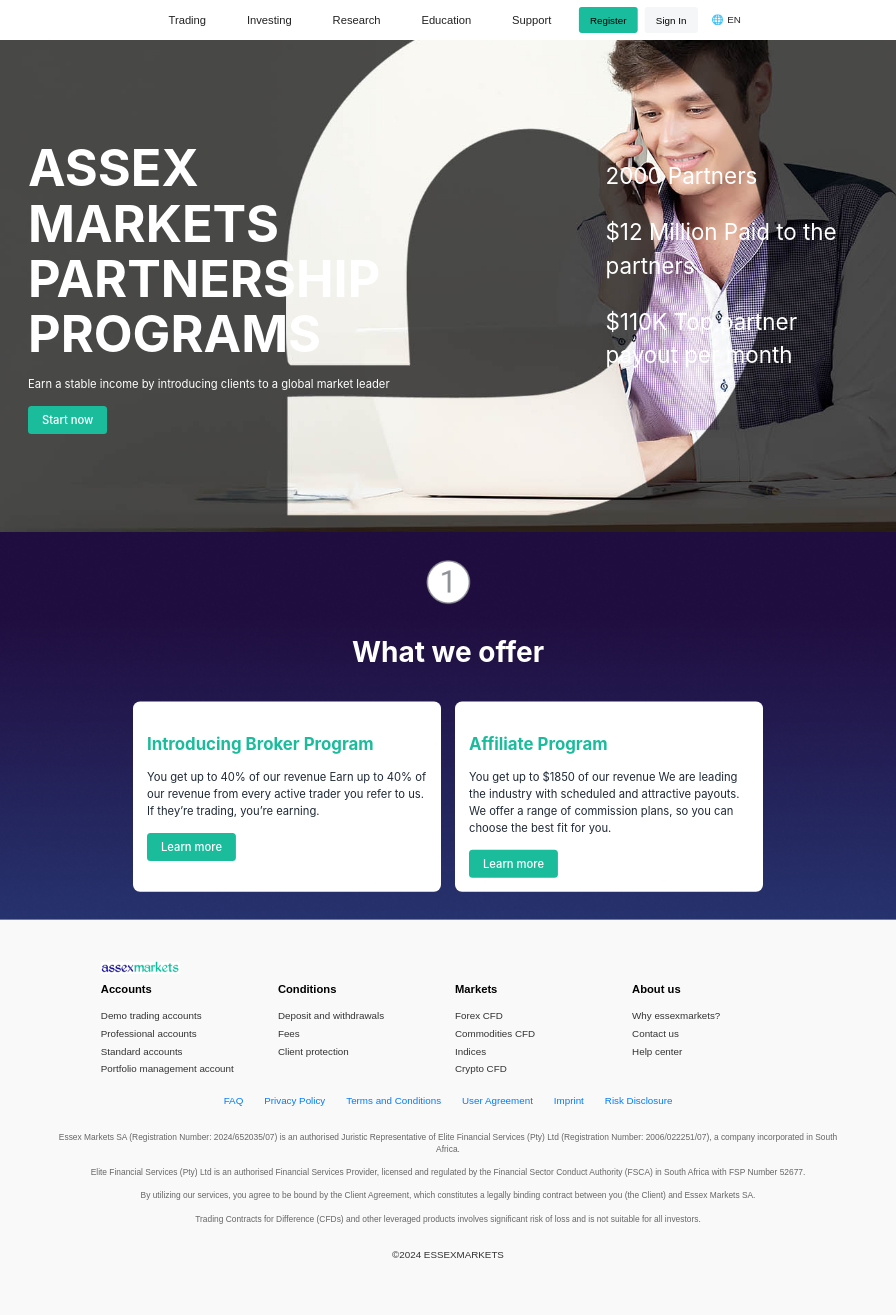
Repository: RevenewMarketing/Assex
Page: /partner
The author's editor kept a copy of each file at every save. The page is drawn from the files as they stood at one save, then again after the next save.
The browser window is 1280 px wide. The pictures show the whole page, at 70% of full size.
The project was rebuilt for these pictures with package versions that can differ from the ones it lists, and the page was loaded fresh each time. Also part of the build but not shown: vite.config.ts, src/pages/home/sections/HeroSection.module.css, src/pages/home/sections/HeroSection.tsx, src/pages/home/sections/Section2.tsx, src/pages/home/sections/Section3.tsx, src/pages/home/sections/Section4.tsx, src/pages/home/sections/Section5.tsx, src/pages/home/sections/Section6.tsx and 10 more.

Above is the page before, as saved 2024-11-28 00:45:08.

### index.html
<!doctype html>
<html lang="en">
  <head>
    <meta charset="UTF-8" />
    <link rel="icon" type="image/svg+xml" href="/vite.svg" />
    <meta name="viewport" content="width=device-width, initial-scale=1.0" />
    <title>Assex</title>
  </head>
  <body>
    <div id="root"></div>
    <script type="module" src="/src/main.tsx"></script>
  </body>
</html>

### src/index.css
:root {
  font-family: Inter, system-ui, Avenir, Helvetica, Arial, sans-serif;
  line-height: 1.5;
  font-weight: 400;
  color-scheme: light dark;
  color: rgba(255, 255, 255, 0.87);
  background-color: #ffffff;
  font-synthesis: none;
  max-width: 1920px;
  margin: auto;
  text-rendering: optimizeLegibility;
  -webkit-font-smoothing: antialiased;
  -moz-osx-font-smoothing: grayscale;
}

a {
  font-weight: 500;
  color: #646cff;
  text-decoration: inherit;
}

a:hover {
  color: #535bf2;
}

body {
  margin: 0;
  display: flex;
  place-items: center;
  min-width: 320px;
  min-height: 100vh;
  background-color: #FFF;
  /* align-content: center; */
  flex-direction: column;
  justify-content: flex-start;
}

h1 {
  font-size: 3.2em;
  line-height: 1.1;
}

button {
  border-radius: 8px;
  border: 1px solid transparent;
  padding: 0.6em 1.2em;
  font-size: 1em;
  font-weight: 500;
  font-family: inherit;
  background-color: #1a1a1a;
  cursor: pointer;
  transition: border-color 0.25s;
}

button:hover {
  border-color: #646cff;
}

button:focus,
button:focus-visible {
  outline: 4px auto -webkit-focus-ring-color;
}

@media (prefers-color-scheme: light) {
  :root {
    color: #213547;
    background-color: #ffffff;
  }

  a:hover {
    color: #747bff;
  }

  button {
    background-color: #f9f9f9;
  }
}

### src/App.tsx

import './App.css'
// import Navigation from './pages/home/Navigation'
import NavigationMenu from './components/navigation-menu/NavigationMenu'

import { BrowserRouter, Route, Routes } from 'react-router';
import Home from './pages/home/Home';
import Footer from './components/footer-section/Footer';
import About from './pages/about/About';
import Partner from './pages/partner/Partner';

function App() {

  return (
    <>
    <BrowserRouter>
    <NavigationMenu />
    <Routes>
      <Route path="/" element={<Home />} />
      <Route path="/about" element={<About />} />
      <Route path="/partner" element={<Partner />} />
      {/* Define other routes */}
    </Routes>
    <Footer />
  </BrowserRouter>


    </>
  )
}

export default App

### src/App.css
#root {
  max-width: 1920px;
  width: 100%;
  margin: 0 auto;
  padding: 0;
  text-align: center;
}

.logo {
  height: 6em;
  padding: 1.5em;
  will-change: filter;
  transition: filter 300ms;
}
.logo:hover {
  filter: drop-shadow(0 0 2em #646cffaa);
}
.logo.react:hover {
  filter: drop-shadow(0 0 2em #61dafbaa);
}

@keyframes logo-spin {
  from {
    transform: rotate(0deg);
  }
  to {
    transform: rotate(360deg);
  }
}

@media (prefers-reduced-motion: no-preference) {
  a:nth-of-type(2) .logo {
    animation: logo-spin infinite 20s linear;
  }
}

.card {
  padding: 2em;
}

.read-the-docs {
  color: #888;
}

/* Auth Buttons */
.authButtons {
  /* margin-left: auto; */
  display: flex;
  gap: 10px;
}

### src/components/footer-section/Footer.tsx

import styles from './FooterStyles.module.css';
import essexLogo from '../../assets/pages/Global/2-Footer/1AssexMarket-WordMark.png';
import { Link } from 'react-router';

const footerContent = {
  accounts: [
    'Demo trading accounts',
    'Professional accounts',
    'Standard accounts',
    'Portfolio management account',
  ],
  conditions: ['Deposit and withdrawals', 'Fees', 'Client protection'],
  markets: ['Forex CFD', 'Commodities CFD', 'Indices', 'Crypto CFD'],
  aboutUs: ['Why essexmarkets?', 'Contact us', 'Help center'],
  links: ['FAQ', 'Privacy Policy', 'Terms and Conditions', 'User Agreement', 'Imprint', 'Risk Disclosure'],
  details: [
    'Essex Markets SA (Registration Number: 2024/652035/07) is an authorised Juristic Representative of Elite Financial Services (Pty) Ltd (Registration Number: 2006/022251/07), a company incorporated in South Africa.',
    'Elite Financial Services (Pty) Ltd is an authorised Financial Services Provider, licensed and regulated by the Financial Sector Conduct Authority (FSCA) in South Africa with FSP Number 52677.',
    'By utilizing our services, you agree to be bound by the Client Agreement, which constitutes a legally binding contract between you (the Client) and Essex Markets SA.',
    'Trading Contracts for Difference (CFDs) and other leveraged products involves significant risk of loss and is not suitable for all investors.',
  ],
};

const Footer: React.FC = () => {
  return (
    <footer className={styles.footerContainer}>
      <div className={styles.logoContainer}>
        <img src={essexLogo} alt="Essex Markets Logo" />
      </div>
      <div className={styles.columnsContainer}>
        <div>
          <h4>Accounts</h4>
          <ul>
            {footerContent.accounts.map((account, index) => (
              <li key={index}>{account}</li>
            ))}
          </ul>
        </div>
        <div>
          <h4>Conditions</h4>
          <ul>
            {footerContent.conditions.map((condition, index) => (
              <li key={index}>{condition}</li>
            ))}
          </ul>
        </div>
        <div>
          <h4>Markets</h4>
          <ul>
            {footerContent.markets.map((market, index) => (
              <li key={index}>{market}</li>
            ))}
          </ul>
        </div>
        <div>
          <Link
            to="/about"

           ><h4>About us</h4></Link>
          <ul>
            {footerContent.aboutUs.map((about, index) => (
              <li key={index}>{about}</li>
            ))}
          </ul>
        </div>
      </div>
      <div className={styles.linksContainer}>
        {footerContent.links.map((link, index) => (
          <a href="#" key={index}>
            {link}
          </a>
        ))}
      </div>
      <div className={styles.details}>
        {footerContent.details.map((detail, index) => (
          <p key={index}>{detail}</p>
        ))}
      </div>
      <div className={styles.copyright}>
        <p>©2024 ESSEXMARKETS</p>
      </div>
    </footer>
  );
};

export default Footer;

### src/pages/partner/Partner.tsx
import Section1 from "./sections/Section1"
import Section2 from "./sections/Section2"


const Partner = () => {
  return (
    <div>
      <Section1 />
      <Section2 />
    </div>
  )
}

export default Partner

### src/components/navigation-menu/NavigationMenu.module.css
.navigationContainer {
  position: relative;
  font-family: Arial, sans-serif;
}

/* Navigation Bar */
.navigationBar {
  position: fixed;
  top: 0;
  left: 0;
  width: 100%;
  display: flex;
  background-color: #ffffff;
  padding: 10px 20px;
  box-sizing: border-box;
  z-index: 1001;
  justify-content: center;
}

/* Menu Item Container */
.menuItemContainer {
  margin-right: 20px;
}

/* Menu Items */
.menuItem {
  background: none;
  border: none;
  color: rgb(34, 34, 34);
  font-size: 16px;
  cursor: pointer;
  transition: opacity 0.3s;
}

.menuItem:hover {
  opacity: 0.7;
}

.active {
  opacity: 0.5;
}



.languageSelector {
  margin-left: 20px;
  display: flex;
  align-items: center;
  font-size: 14px;
  color: #000000d8;
  cursor: pointer;
}

.globeIcon {
  margin-right: 5px;

}

/* Submenu */
.submenu {
  position: fixed;
  top: 50px;
  left: 0;
  width: 100%;
  height: 300px;
  background-color: #ffffff;
  box-shadow: 0 4px 8px rgba(0, 0, 0, 0.2);
  padding: 20px;
  box-sizing: border-box;
  z-index: 1000;
  opacity: 0;
  transform: translateY(-100%);
}

.submenuContent {
  display: flex
  ;
      justify-content: flex-start;
      gap: 10dvw;
      padding: 0 5dvw;
}

.submenuSection h4 {
  color: #0000003d;
}

.submenuSection {
  text-align: left;
}

.submenuSection a {
  color: #000000;
  text-decoration: none;
  cursor: pointer;
  transition: color 0.3s;
}

.submenuSection a:hover {
  color: #00b074;
  transition: color 0.3s;
}

/* Fade In Animation */
.fadeIn {
  animation: slide-in-top 0.3s cubic-bezier(0.25, 0.46, 0.45, 0.94) forwards;
}

@keyframes slide-in-top {
  0% {
    transform: translateY(-100%);
    opacity: 0;
  }
  100% {
    transform: translateY(0);
    opacity: 1;
  }
}

/* Fade Out Animation */
.fadeOut {
  animation: slide-out-top 0.3s cubic-bezier(0.25, 0.46, 0.45, 0.94) forwards;
}

@keyframes slide-out-top {
  0% {
    transform: translateY(0);
    opacity: 1;
  }
  100% {
    transform: translateY(-100%);
    opacity: 0;
  }
}

/* Overlay */
.overlay {
  position: fixed;
  top: 50px;
  left: 0;
  width: 100%;
  height: calc(100% - 50px);
  background: rgba(0, 0, 0, 0.5);
  z-index: 999;
  opacity: 0;
  visibility: hidden;
  transition: opacity 0.3s ease, visibility 0.3s ease;
}

.fadeInOverlay {
  opacity: 1;
  visibility: visible;
  backdrop-filter: blur(5px);
}

.fadeOutOverlay {
  opacity: 0;
  visibility: hidden;
}

/* Page Content */
.pageContent {
  /* padding: 80px 20px 20px 20px; */
  transition: opacity 0.3s;
}

.dimmed {
  opacity: 0.3;
}

### src/components/ReusableButton.tsx

import styles from './GlobalComponentStyles.module.css';

type Props = {
  link?: string;
  text: string;
  type: 'register' | 'sign-in' | 'logout' | 'profile' | 'settings' | 'help' | 'free-trial' | 'learn-more' | 'dark' | 'light';
};

export default function ReusableButton({ link, text, type }: Props) {
  return (
      <button
      style={{
        backgroundColor: type === 'register' ? '#19BC9C' :
        type === 'sign-in' ? '#F4F6F7' :
        type === 'logout' ? '#FF6347' :
        type === 'profile' ? '#FFA07A' :
        type === 'settings' ? '#FF7F50' :
        type === 'help' ? '#FFA500' :
        type === 'free-trial' ? '#FFD700' :
        type === 'learn-more' ? '#FF4500' :
        type === 'dark' ? '#4C4B4D' :
        type === 'light' ? '#fff' : '#000',
        color: type === 'dark' ? '#fff' : '#000'
      }}
        className={styles.registerButton}
        onClick={() => window.open(link, '_blank')}
      >{text}
      </button>

  );
}

### src/components/footer-section/FooterStyles.module.css
.footerContainer {
  background-color: #f9f9f9;
  color: #333;
  padding: 60px 20px;
  font-family: Arial, sans-serif;
  font-size: 14px;
  line-height: 1.8;
}

.footerContainer h4 {
  font-size: 16px;
  font-weight: bold;
  margin-bottom: 10px;
  color: #000;
  text-align: left;
  margin-top: 0;
}

.footerContainer ul {
  list-style-type: none;
  padding: 0;
  margin: 0;
  text-align: left;
}

.footerContainer ul li {
  margin-bottom: 0px;
  cursor: pointer;
}

.footerContainer ul li:hover {
  color: #00b894;
}

.footerContainer .columnsContainer {
  display: flex
  ;
      justify-content: space-between;
      gap: 20px;
      flex-wrap: wrap;
      margin-bottom: 40px;
      width: 80%;
      margin: auto;
}

.footerContainer .columnsContainer > div {
  flex: 1;
  min-width: 180px; /* Ensures alignment and proper spacing */
}



.footerContainer .linksContainer {
  text-align: center;
  margin: 20px 0 30px;
}

.footerContainer .linksContainer a {
  color: #007bff;
  text-decoration: none;
  margin: 0 15px;
  font-size: 14px;
}

.footerContainer .linksContainer a:hover {
  text-decoration: underline;
}

.footerContainer .details {
  font-size: 12px;
  color: #666;
  line-height: 1.5;
  margin: 20px auto;
  text-align: center;
  width: 90%;
}

.footerContainer .details p {
  margin-bottom: 15px;
}

.footerContainer .logoContainer {
  text-align: left;
  margin: auto;
  width: 80%;
}

.footerContainer .logoContainer img {
  max-width: 150px;
}

.footerContainer .copyright {
  text-align: center;
  font-size: 14px;
  margin-top: 30px;
}

### src/pages/partner/sections/Section1.tsx
import styles from './Section1.module.css';
import backgroundImage from '../../../assets/pages/Partner/1-hero-banner-partner.jpg';

const section1Content = {
  title: "ASSEX MARKETS PARTNERSHIP PROGRAMS",
  description: "Earn a stable income by introducing clients to a global market leader",
  backgroundImage: backgroundImage, // Replace with your background image path
  buttonLink: "https://my.assexmarkets.com/auth/register",
};

const Section1: React.FC = () => {
  return (
    <section
      style={{
        backgroundImage: `url(${section1Content.backgroundImage})`,
      }}
      className={styles.section1}
    >
      <div className={styles.overlay}></div>
      <div className={styles.content}>
        <h1 className={styles.title}>{section1Content.title}</h1>
        <p className={styles.description}>{section1Content.description}</p>
        <button onClick={
          () => {
            window.open(section1Content.buttonLink, "_blank");
        }} className={styles.startButton}>Start now</button>
      </div>
      <div className={styles.details}>
        <p>2000 Partners</p>
        <p>$12 Million Paid to the partners</p>
        <p>$110K Top partner payout per month</p>
      </div>
    </section>
  );
};

export default Section1;

### src/pages/partner/sections/Section2.tsx

import styles from './Section2.module.css';
import box1 from '../../../assets/pages/Partner/2-section1-icon1.png';
import box2 from '../../../assets/pages/Partner/2-section1-icon2.png';

const section2Content = {
  title: "What we offer",
  cards: [
    {
      icon: box1,
      title: "Introducing Broker Program",
      description: "You get up to 40% of our revenue Earn up to 40% of our revenue from every active trader you refer to us. If they’re trading, you’re earning.",
      buttonText: "Learn more"
    },
    {
      icon: box2,
      title: "Affiliate Program",
      description: "You get up to $1850 of our revenue We are leading the industry with scheduled and attractive payouts. We offer a range of commission plans, so you can choose the best fit for you.",
      buttonText: "Learn more"
    }
  ]
};

const Section2: React.FC = () => {
  return (
    <section className={styles.section2}>
      <img src={section2Content.cards[0].icon} alt="icon" />
      <h2 className={styles.title}>{section2Content.title}</h2>
      <div className={styles.cardsContainer}>
        {section2Content.cards.map((card, index) => (
          <div key={index} className={styles.card}>
            <h3 className={styles.cardTitle}>{card.title}</h3>
            <p className={styles.cardDescription}>{card.description}</p>
            <button className={styles.learnMoreButton}>{card.buttonText}</button>
          </div>
        ))}
      </div>
    </section>
  );
};

export default Section2;

### src/components/GlobalComponentStyles.module.css


.registerButton {
  background-color: #00b074;
  color: white;
  border: none;
  padding: 8px 16px;
  font-size: 14px;
  border-radius: 4px;
  cursor: pointer;
}

.signInButton {
  background-color: #f4f4f4;
  color: #333;
  border: 1px solid #ccc;
  padding: 8px 16px;
  font-size: 14px;
  border-radius: 4px;
  cursor: pointer;
}

### src/pages/partner/sections/Section1.module.css
.section1 {
  position: relative;
  background-size: cover;
  background-position: center;
  height: 760px;
  display: flex;
  align-items: center;
  justify-content: space-between;
  color: white;
  padding: 0 40px;
}

.overlay {
  position: absolute;
  top: 0;
  right: 0;
  width: 100%; /* Adjusts the gradient coverage */
  height: 100%;

  z-index: 1;
}

.content {
  position: relative;
  z-index: 2;
  max-width: 50%;
  text-align: left;
}

.content p {
  font-size: 1rem;
  line-height: 1.5;
}

.title {
  font-size: 4.5rem;
  font-weight: bold;
  margin-bottom: 20px;
  text-transform: uppercase;
}

.description {
  font-size: 2rem;
  line-height: 1.2;
  margin-bottom: 20px;
}

.startButton {
  padding: 10px 20px;
  background-color: #1ABC9C;
  color: white;
  border: none;
  border-radius: 5px;
  cursor: pointer;
  font-size: 1rem;
}

.details {
  position: relative;
  z-index: 2;
  max-width: 50%;
  text-align: left;
  margin-left: auto;
  width: 375px;
}

.details p {
  font-size: 2rem;
  line-height: 1.5;
}

### src/pages/partner/sections/Section2.module.css
.section2 {
  background-image: url("../../../assets/pages/Homepage/3-Section-3-BG.png");
  background-size: cover;
  background-position: center;
  color: white;
  padding: 40px 20px;
  text-align: center;
  min-height: 50dvh;
}

.title {
  font-size: 2.5rem;
  margin-bottom: 40px;
}

.cardsContainer {
  display: flex;
  justify-content: center;
  gap: 20px;
}

.card {
  background-color: white;
  color: #1f2937;
  border-radius: 10px;
  padding: 20px;
  flex: 1;
  max-width: 400px;
  text-align: left;
}

.cardTitle {
  font-size: 1.5rem;
  margin-bottom: 10px;
  color: #1ABC9C; /* Blue color for the title */
}

.cardDescription {
  font-size: 1rem;
  margin-bottom: 20px;
}

.learnMoreButton {
  padding: 10px 20px;
  background-color: #1ABC9C; /* Blue background for the button */
  color: white;
  border: none;
  border-radius: 5px;
  cursor: pointer;
  font-size: 1rem;
}

.learnMoreButton:hover {
  background-color: #1ABC9C; /* Darker blue on hover */
}

Loaded but not shown: src/main.tsx (common file); src/components/navigation-menu/NavigationMenu.tsx (254 lines, source omitted)

After the next save:
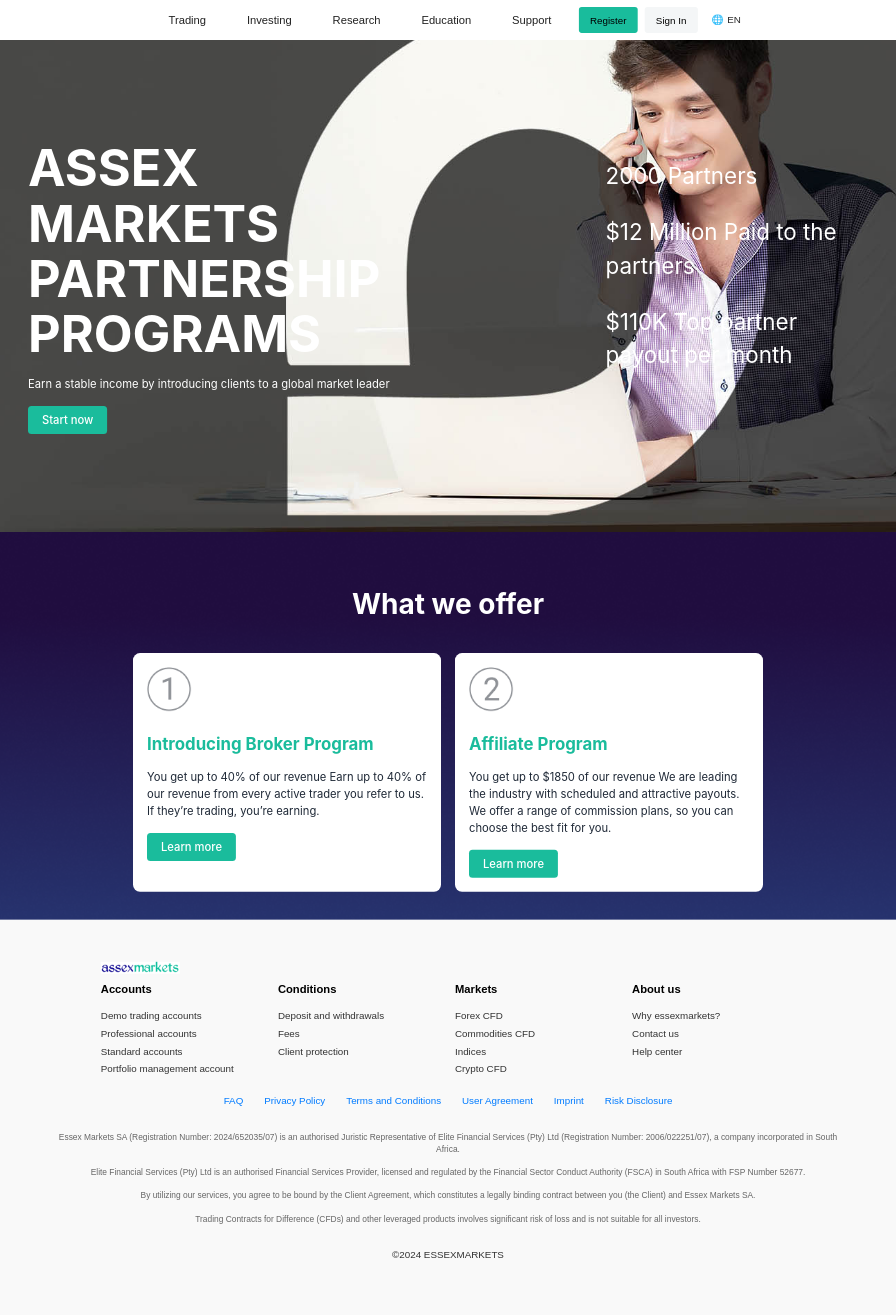
Saved 20 s later.
--- a/src/pages/partner/sections/Section2.tsx
+++ b/src/pages/partner/sections/Section2.tsx
@@ -24,11 +24,13 @@
 const Section2: React.FC = () => {
   return (
     <section className={styles.section2}>
-      <img src={section2Content.cards[0].icon} alt="icon" />
+
       <h2 className={styles.title}>{section2Content.title}</h2>
       <div className={styles.cardsContainer}>
         {section2Content.cards.map((card, index) => (
+
           <div key={index} className={styles.card}>
+            <img src={card.icon} alt="icon" className={styles.cardIcon} />
             <h3 className={styles.cardTitle}>{card.title}</h3>
             <p className={styles.cardDescription}>{card.description}</p>
             <button className={styles.learnMoreButton}>{card.buttonText}</button>
